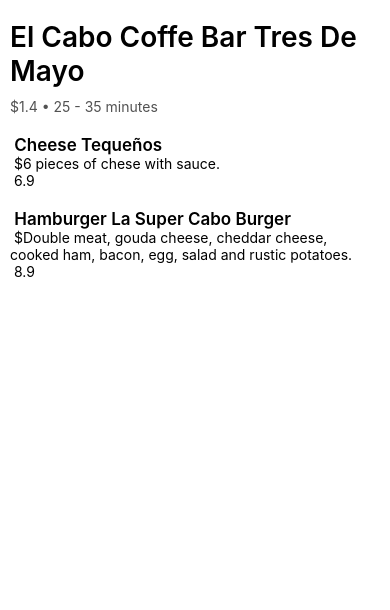
Repository: leroy-netizen/rn-uber-eats-client
Screen: /
The author's editor kept a copy of each file at every save. The screen is drawn from the files as they stood at one save, then again after the next save.
The pictures show rows 234 to 844 of an output 844 px tall.
The app was drawn by React Native's web renderer in a window 390 px wide. The project was rebuilt for these pictures with package versions that can differ from the ones it lists, and the page was loaded fresh each time. Also part of the build but not shown: src/components/restaurantItem/RestaurantItem.jsx, src/screens/HomeScreen/index.js.

Above is the screen before, as saved 2023-01-16 16:31:38.

After the next save:
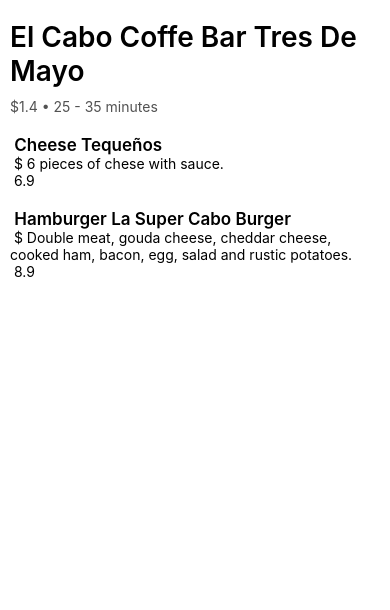
Saved 4 s later.
--- a/src/components/DishListItem/index.js
+++ b/src/components/DishListItem/index.js
@@ -4,7 +4,7 @@ const DishListItem = ({dish}) => {
   return (
     <View style={styles.container}>
           <Text style={styles.name}> { dish.name}</Text>
-          <Text stle={styles.description}> ${ dish.description}</Text>
+          <Text stle={styles.description}> $ { dish.description}</Text>
           <Text style={styles.price}> { dish.price}</Text>
     </View>
   );
